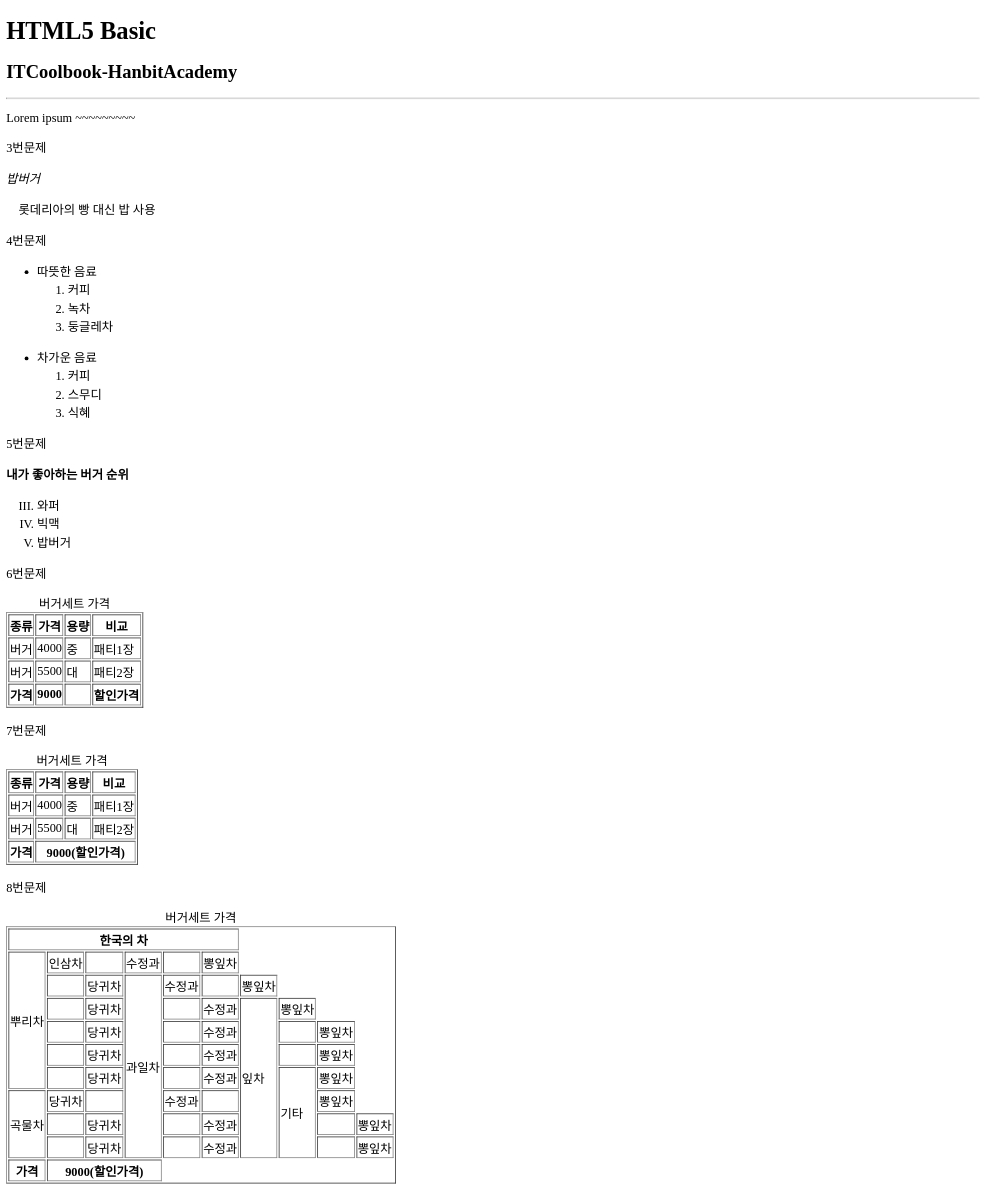
Repository: Johyerim06/Class_internetProgramming
Page: class01/dd/연습문제.html
An editor plug-in stored every save of this project. The page is shown before and after the next save, followed by the edit.
The browser window is 1280 px wide. The pictures show the whole page, at 77% of full size.

Above is the page before, as saved 2025-03-13 12:45:32.

After the next save:
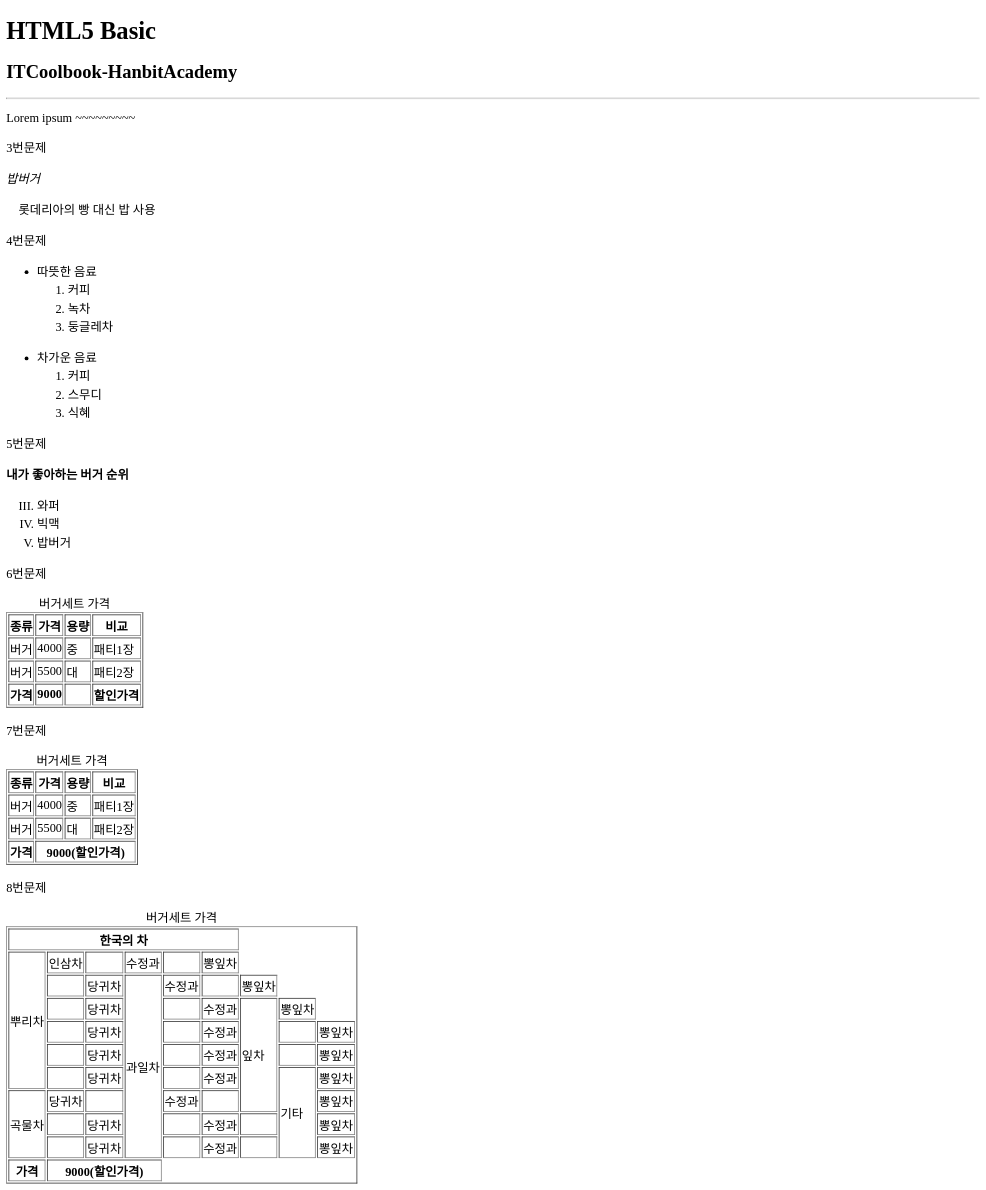
Saved 67 s later.
--- a/class01/dd/연습문제.html
+++ b/class01/dd/연습문제.html
@@ -152,7 +152,7 @@
 			<td>당귀차</td>
 			<td></td>
 			<td>수정과</td>
-			<td rowspan = "9">잎차</td>
+			<td rowspan = "5">잎차</td>
 			<td>뽕잎차</td>
 		</tr>
 		<tr>
